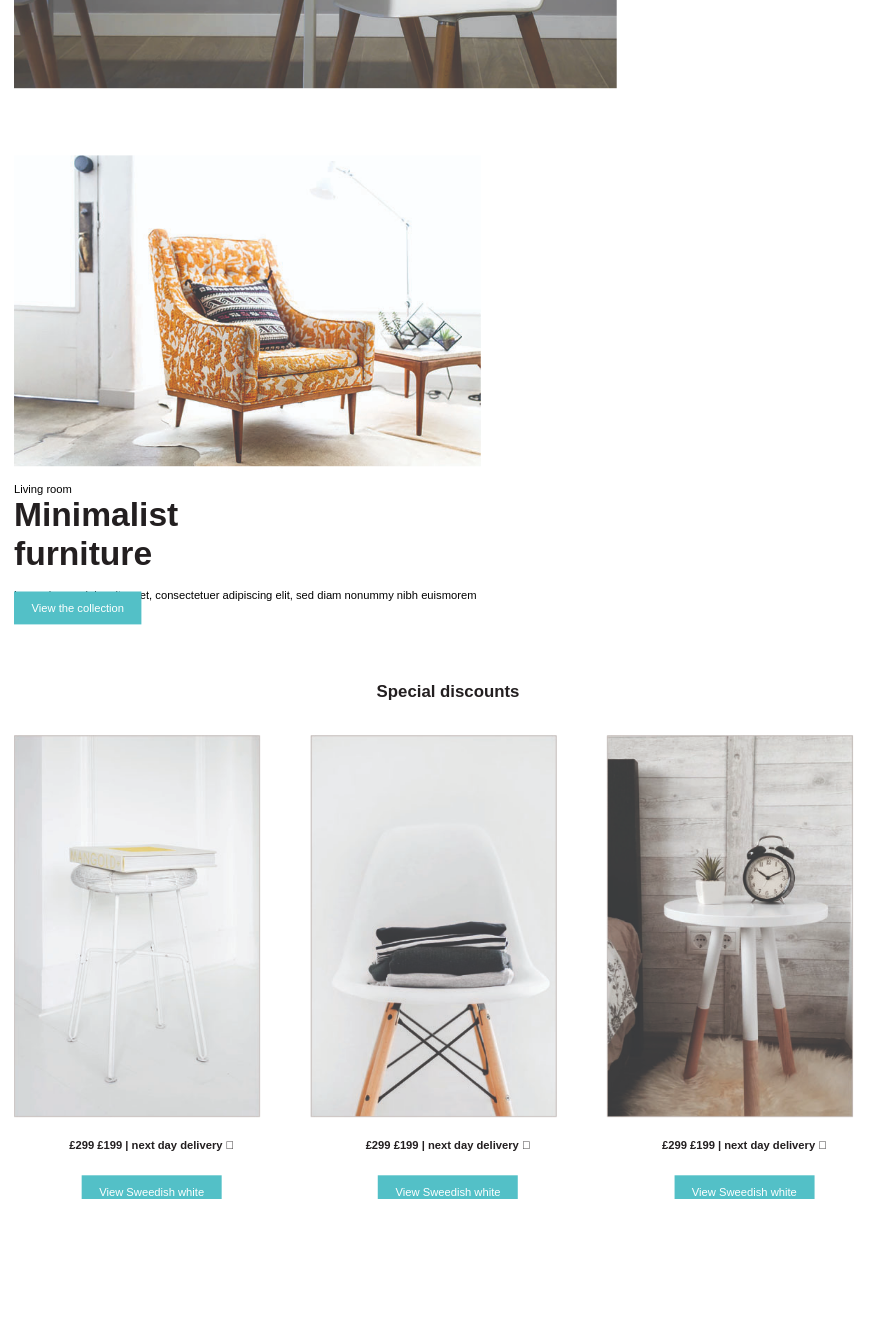
Repository: dinhhaidh/republic-web
Page: index.html
The author's editor kept a copy of each file at every save. The page is drawn from the files as they stood at one save, then again after a run of saves.
The browser window is 1280 px wide. The pictures show the part of the page from y = 1060 to 2980 px (the page is 2980 px tall before and 2880 px after), at 70% of full size.
Some web fonts or font styles are not loaded; a fallback is used. Some web libraries are served in a nearby version.

Above is the page before, as saved 2024-01-24 18:14:40.

### index.html
<!DOCTYPE html>
<html lang="en">
<head>
    <meta charset="UTF-8">
    <meta name="viewport" content="width=device-width, initial-scale=1.0">

    <!--=============== FAVICON ===============-->
    <link rel="shortcut icon" href="assets/img/favicon.png" type="image/x-icon">

    <!--=============== REMIXICONS ===============-->
    <link rel="stylesheet" href="https://cdn.jsdelivr.net/npm/remixicon@4.1.0/fonts/remixicon.min.css">

    <link
    rel="stylesheet"
    href="https://cdn.jsdelivr.net/npm/swiper@11/swiper-bundle.min.css"
  />

    <!--=============== CSS ===============-->
    <link rel="stylesheet" href="style.css">

    <title>Responsive </title>
</head>
<body>
    <!--==================== HEADER ====================-->
    <header class="header" id="header">
        <nav class="nav container">
            <a href="#" class="nav__logo">
                <img src="./img/logo.jpg" alt="image" class="nav__img">
            </a>
            <div class="nav__menu" id="nav-menu">
                <ul class="nav__list">
                    <li class="nav__item">
                        <a href="#home" class="nav__link">Home</a>
                    </li>
                    <li class="nav__item">
                        <a href="#bedroom" class="nav__link">Bedroom</a>
                    </li>
                    <li class="nav__item">
                        <a href="#lounge" class="nav__link">Lounge</a>
                    </li>
                    <li class="nav__item">
                        <a href="#kitchen" class="nav__link">Kitchen</a>
                    </li>
                    <li class="nav__item">
                        <a href="#lighting" class="nav__link">Lighting</a>
                    </li>
                </ul>
                <div class="nav__close" id="nav-close">
                    <i class="ri-close-line"></i>
                </div>
            </div>

            <form action="" class="nav__button">
                <div class="button">
                    <input type="text" placeholder="Find something..." class="form-control">
                    <i class="ri-search-line button__search"></i>
                </div>
                <div class="shopping">
                    <i class="ri-shopping-cart-line "></i>
                    <span class="shopping__quantity">0</span>
                </div>
            </form>
            <!-- toggle -->
            <div class="nav__toggle" id="nav-toggle">
                <i class="ri-menu-line"></i>
            </div>
        </nav>
    </header>

    <!--==================== MAIN ====================-->
    <main class="main">
        <!--==================== Home  ====================-->
        <section class="home section" id="home">
            <div class="home__container container">
                <div class="home__contennt">
                    <h1 class="home__title">Premium <br> collection</h1>
                    <p class="home__desc">
                        Lorem ipsum dolor sit amet, consectetuer adipiscing elit, sed diam nonummy nibh euismorem ipsum dolor sit amet, consectetuer adipiscing elit
                    </p>
                    <h4>£2,300</h4>
                    <a href="#" class="button__link">View the collection</a>
                </div>
                <div class="home__images">
                    <img src="./img/hom1.jpg" alt="" class="home__image">
                    <div class="home__span">
                        <span><a href="">Lorem ipsum dolor sit amet</a>    £2,300</span>
                        <span><a href="#"> Consectetuer adsed diam</a>    £2,300</span>
                    </div>
                </div>
            </div>
        </section>

        <!--==================== Bedroom ====================-->
        <section class="bedroom section" id="bedroom">
            <div class="bedroom__container container grid">
                <div class="bedroom__images">
                    <img src="./img/funitire1.jpg" alt="" class="bedroom__image">
                </div>
                <div class="bedroom__contennt">
                    <span>Living room</span>
                    <div class="bedroom-brick"></div>
                    <h2 class="home__title">Minimalist <br>
                        furniture</h2>
                    <p class="bedroom__desc">
                        Lorem ipsum dolor sit amet, consectetuer adipiscing elit, sed diam nonummy nibh euismorem
                    </p>
                    <a href="#" class="button__link">View the collection</a>
                </div>

            </div>
        </section>

        <!--==================== Lounge  ====================-->
        <section class="lounge  section" id="lounge ">
            <h2 class="lounge-title">Special discounts</h2>
            <div class="lounge__container container swiper">
                <div class="swiper-wrapper">
                    <article class=" lounge__card swiper-slide">
                        <img src="./img/special1.jpg" alt="" class="lounge__img">
                        <h4><span>£299</span> £199  |  next day delivery  </h4>
                        <a href="#" class="button__link lounge__button">View Sweedish white</a>
                    </article>
                    <article class=" lounge__card swiper-slide">
                        <img src="./img/special2.jpg" alt="" class="lounge__img">
                        <h4><span>£299</span> £199  |  next day delivery  </h4>
                        <a href="#" class="button__link lounge__button">View Sweedish white</a>
                    </article>
                    <article class=" lounge__card swiper-slide">
                        <img src="./img/special3.jpg" alt="" class="lounge__img">
                        <h4><span>£299</span> £199  |  next day delivery  </h4>
                        <a href="#" class="button__link lounge__button">View Sweedish white</a>
                    </article>
                    <article class=" lounge__card swiper-slide">
                        <img src="./img/special4.jpg" alt="" class="lounge__img">
                        <h4><span>£299</span> £199  |  next day delivery  </h4>
                        <a href="#" class="button__link lounge__button">View Sweedish white</a>
                    </article>
                </div>
            </div>
        </section>

        <!--==================== Kitchen ====================-->
        <section class="kitchen  section" id="kitchen">

        </section>

        <!--==================== Lighting ====================-->
        <section class="lighting  section" id="lighting">

        </section>
    </main>

    <!--==================== FOOTER ====================-->
    <footer class="footer">

    </footer>

    <!--========== SCROLL UP ==========-->

    <script src="https://cdn.jsdelivr.net/npm/swiper@11/swiper-bundle.min.js"></script>


    <!--=============== SCROLLREVEAL ===============-->
    <script src=""></script>

    <!--=============== JQuery ===============-->
    <script src="https://code.jquery.com/jquery-3.7.1.slim.min.js" integrity="sha256-kmHvs0B+OpCW5GVHUNjv9rOmY0IvSIRcf7zGUDTDQM8=" crossorigin="anonymous"></script>

    <!--=============== MAIN JS ===============-->
    <script src="/js/main.js"></script>
</body>
</html>

### style.css
/*=============== GOOGLE FONTS ===============*/
@import url("https://fonts.cdnfonts.com/css/source-sans-pro");

/*=============== VARIABLES CSS ===============*/
:root {
  --header-height: 3.5rem;

  /*========== Colors ==========*/
  /*Color mode HSL(hue, saturation, lightness)*/
  --first-color: hsl(28, 88%, 62%);
  --first-color-alt: hsl(28, 84%, 58%);
  --title-color: hsl(0, 0%, 95%);
  --text-color: hsl(0, 0%, 75%);
  --text-color-light: hsl(0, 0%, 65%);
  --black-color: #231f20;
  --body-color: hsl(0, 0%, 6%);
  --container-color: hsl(0, 0%, 10%);

  /*========== Font and typography ==========*/
  /*.5rem = 8px | 1rem = 16px ...*/
  --body-font: "Montserrat", sans-serif;
  --second-font: "Dancing Script", cursive;
  --biggest-font-size: 2.5rem;
  --bigger-font-size: 2rem;
  --h1-font-size: 1.5rem;
  --h2-font-size: 1.25rem;
  --h3-font-size: 1rem;
  --normal-font-size: .938rem;
  --small-font-size: .813rem;

  /*========== Font weight ==========*/
  --font-regular: 400;
  --font-semi-bold: 600;
  --font-bold: 700;

  /*========== z index ==========*/
  --z-tooltip: 10;
  --z-fixed: 100;
}

/*========== Responsive typography ==========*/
@media screen and (min-width: 1150px) {
  :root {
    --biggest-font-size: 4.375rem;
    --bigger-font-size: 3rem;
    --h1-font-size: 2.25rem;
    --h2-font-size: 1.5rem;
    --h3-font-size: 1.25rem;
    --normal-font-size: 1rem;
    --small-font-size: .875rem;
  }
}

/*=============== BASE ===============*/
* {
  box-sizing: border-box;
  padding: 0;
  margin: 0;
}

html {
  scroll-behavior: smooth;
}

body,
button {
  font-family: var(--body-font);
  font-size: var(--normal-font-size);
}

body {
  /* color: var(--text-color); */
}

button {
  border: none;
  outline: none;
}

h1, h2, h3, h4 {
  color: var(--black-color);
  font-weight: var(--font-bold);
}

ul {
  list-style: none;
}

a {
  text-decoration: none;
}

img {
  display: block;
  max-width: 100%;
  height: auto;
}

/*=============== REUSABLE CSS CLASSES ===============*/
.container {
  max-width: 1240px;
  margin-inline: 1.5rem;
}

.grid {
  display: grid;
  gap: 1.5rem;
}

.section {
  padding-block: 5rem 1rem;
}

.section__title {
  font-size: var(--bigger-font-size);
  font-family: var(--second-font);
  margin-bottom: 1.5rem;
  text-align: center;
}

.main {
  overflow: hidden; /* For animation ScrollReveal */
}

/*=============== HEADER & NAV ===============*/
.header{
  position: fixed;
  width: 100%;
  top: 0;
  left: 0;
  background-color: transparent;
  z-index: var(--z-fixed);
  transition: .4s;
}
.nav{
  position: relative;
  height: var(--header-height);
  display: flex;
  align-items: center;
  justify-content: space-between;
}
.nav__img{
  width: 100px;
  transition: .4s;
}
.nav__toggle,
.nav__close{
  cursor: pointer;
  font-size: 1.5rem;
  color: black;
}
.form-control{
  padding: 13px 40px 13px 20px;
  border-radius: 25px
}
.nav__button{
  display:flex;
  align-items: center;
  justify-content: center;
  column-gap: 1.625rem;
}
.nav__link{
  color: var(--black-color);
  font-weight: var(--font-regular);
  font-family: 'Source Sans Pro', sans-serif;
}
.button{
  display: flex;
  position: relative;
}
.button input::placeholder{
  color: var(--black-color);
}
.button__search{
  position: absolute;
  top: 0.9rem;
  right: 1rem;
}
.shopping i{
  font-size: 1.25rem;
  position: relative;
}
.shopping__quantity{
  background-color: red;
    padding: 1px 3px;
    color: #fff;
    position: absolute;
    top: 1.8rem;
    right: 0.05rem;
    border-radius: 50%;
    font-size: .7rem;
}



/* Navigation for mobile devices */
@media screen and (max-width: 1023.98px) {
  .nav__menu {
    position: fixed;
    top: 0;
    right: -100%;
    background-color: #fff;
    backdrop-filter: blur(16px);
    -webkit-backdrop-filter: blur(16px);
    width: 80%;
    height: 100%;
    padding: 6rem 3rem 0px;
    transition: right .4s;
  }
  .nav__list{
    display: flex;
    flex-direction: column;
    row-gap: 2.5rem;
  }
  .nav__link{
    color: var(--black-color);
    font-weight: var(--font-semi-bold);
    transition: color .4s;
  }
  /* .nav__link:hover{

  } */
  .nav__close{
    position: absolute;
    top: 1rem;
    right: 1.5rem;
  }
  .nav__button{
    display: none;
  }
}


/* Show menu */
.show-menu{
  right: 0;
}

/* Add blur header */
.scroll-header {
  background-color: #fff;
  box-shadow: 0 1px 4px hsla(220, 4%, 15%, .1);
}

/* Active link */


/*=============== Home ===============*/
.home{
  padding-top: 5rem;
}
.home__container{
  display: flex;
  flex-direction: column;
  row-gap: 3rem;
}
.home__title{
  font-size: var(--bigger-font-size);
  margin-bottom: 1.5rem;
}
.home__desc{
  font-weight: var(--font-regular);
  color: var(--black-color);
  line-height: 1.5;
  margin-bottom: var(--h2-font-size);
}
.home h4{
  font-size: var(--h1-font-size);
  margin-bottom: var(--bigger-font-size);
}
.button__link{
  background-color: #53c0c7;
  padding: 15px 25px;
  color: #fff;
  font-weight: 400;
}
.home__span span:nth-child(1){
  position: absolute;
  right: 1rem;
  top: 1rem;
  color: #fff;
}
.home__span span:nth-child(2){
  right: 1rem;
  position: absolute;
  top: 2rem;
  color: #fff;
}
.home__span span a{
  color: #fff;
}
.home__images{
  position: relative;
}
.home__image{

}

/*=============== BUTTON ===============*/


/*=============== Bedroom ===============*/


/*=============== Lounge  ===============*/
.lounge{

}


.lounge-title{
  display:flex;
  align-items: center;
  justify-content: center;
}
.lounge__container{
  margin-top: var(--bigger-font-size);
}

.lounge__swiper{

}

.swiper-wrapper{

}
.lounge__card{
  text-align: center;
}
.swiper-slide{

}

.lounge h4{
  margin-top: 2rem;
  margin-bottom: var(--bigger-font-size);
}
.button__link{

}
.lounge__button{

}

/*=============== Kitchen  ===============*/

/*=============== Lighting  ===============*/



/*=============== FOOTER ===============*/


/*=============== SCROLL BAR ===============*/


/*=============== SCROLL UP ===============*/


/* Show Scroll Up */


/*=============== BREAKPOINTS ===============*/
/* For small devices */
@media screen and (min-width: 1024px){
  .nav{
    height: calc(var(--header-height) + 2rem)
  }
  .nav__toggle,
  .nav__close{
    display: none;
  }
  .nav__list{
    display: flex;
    flex-wrap: nowrap;
    column-gap: 4rem;
  }
}
@media screen and (min-width: 1150px) {
  .container{
    margin-inline: auto;
  }


}

/* For medium devices */


/* For large devices */

### js/main.js
$(document).ready(function () {
  $("#nav-toggle").click(function () {
    $("#nav-menu").addClass("show-menu");
  });
  $("#nav-close").click(function () {
    $("#nav-menu").removeClass("show-menu");
  });
  $(window).scroll(function () {
    $("#header").toggleClass("scroll-header", $(this).scrollTop() >= 50);
  });
});
/*=============== SWIPER PRODUCTS ===============*/
// var swiperLounge = new Swiper(".lounge__container", {
//   // luot lien tuc
//     spaceBetween: 32,
//     grabCursor: true,
//     centeredSlides: true,
//     slidesPerView: "auto",
//     loop: true,
//     ////
//     navigator: {
//     nextEl: ".swiper-button-next",
//     prevEl: ".swiper-button-prev",
//     },

//   // lích thước resposive
//     breakpoints: {
//         1240: {
//         spaceBetween: 3,
//     },
//     },

//   //
// });

var swiper = new Swiper(".lounge__container", {
  // luot lien tuc
    spaceBetween: 32,
    grabCursor: true,
    centeredSlides: true,
    slidesPerView: "auto",
    loop: true,

  slidesPerView: 3,
  spaceBetween: 30,
  freeMode: true,
  pagination: {
    el: ".swiper-pagination",
    clickable: true,
  },
});

After the next 2 saves:
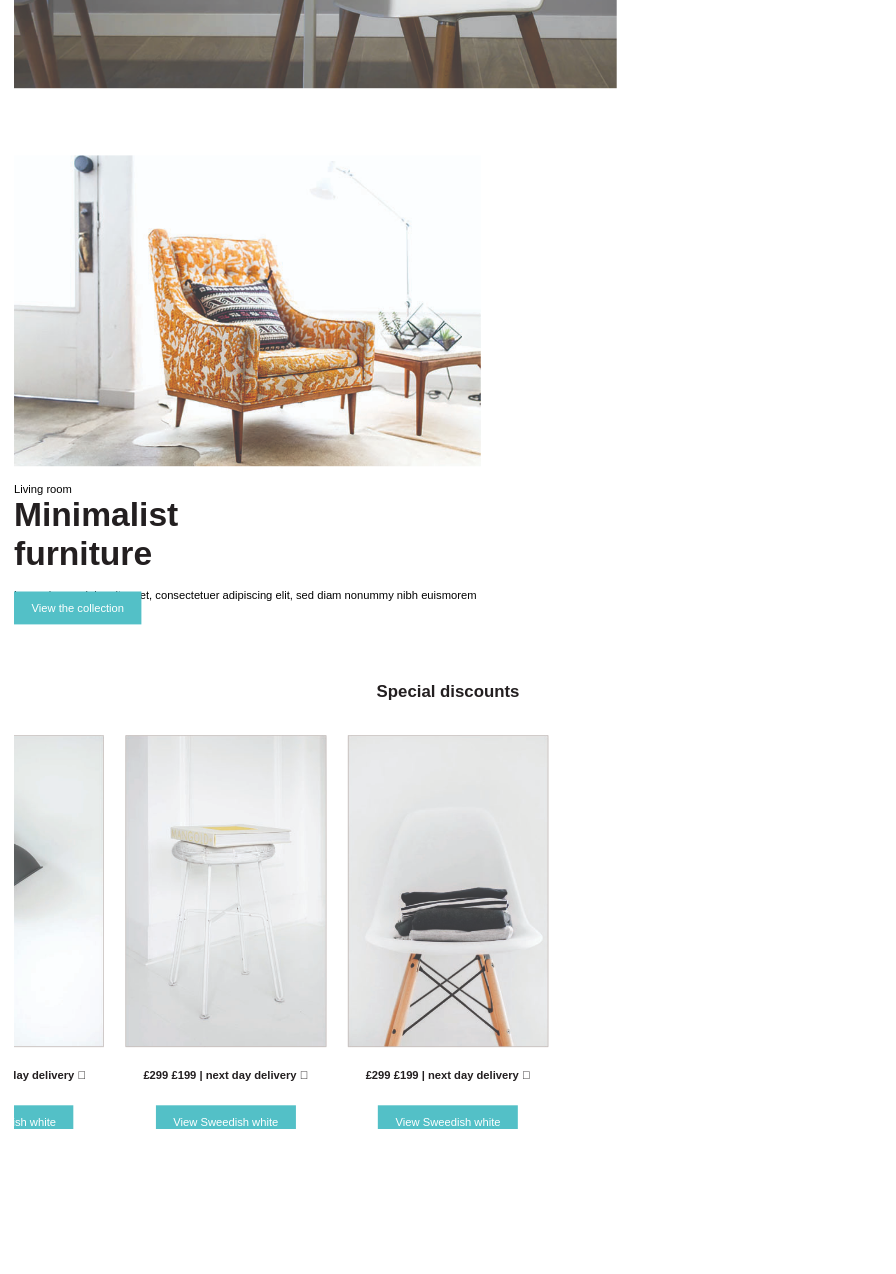
The 2 saves are shown as one change because they came seconds apart.
The last was saved 2 min 32 s later.
--- a/js/main.js
+++ b/js/main.js
@@ -41,9 +41,17 @@
     slidesPerView: "auto",
     loop: true,
 
-  slidesPerView: 3,
+  // slidesPerView: 3,
+  // spaceBetween: 30,
+  // freeMode: true,
+  // pagination: {
+  //   el: ".swiper-pagination",
+  //   clickable: true,
+  // },
+
+  slidesPerView: 4,
   spaceBetween: 30,
-  freeMode: true,
+  centeredSlides: true,
   pagination: {
     el: ".swiper-pagination",
     clickable: true,

After the 2 saves that followed:
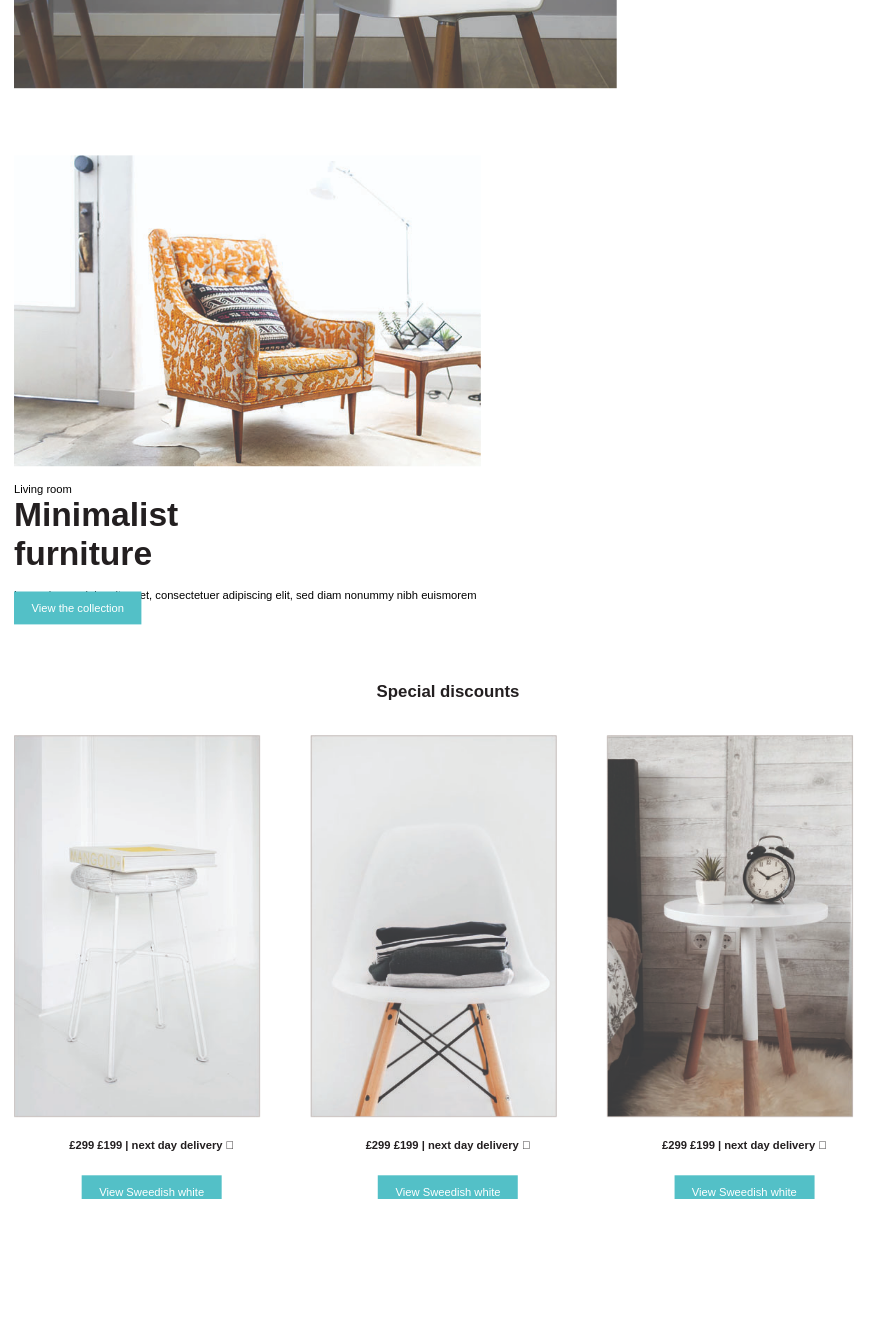
The 2 saves are shown as one change because they came seconds apart.
The last was saved 47 s later.
--- a/js/main.js
+++ b/js/main.js
@@ -41,19 +41,19 @@
     slidesPerView: "auto",
     loop: true,
 
-  // slidesPerView: 3,
+  slidesPerView: 3,
+  spaceBetween: 30,
+  freeMode: true,
+  pagination: {
+    el: ".swiper-pagination",
+    clickable: true,
+  },
+
+  // slidesPerView: 4,
   // spaceBetween: 30,
-  // freeMode: true,
+  // centeredSlides: true,
   // pagination: {
   //   el: ".swiper-pagination",
   //   clickable: true,
   // },
-
-  slidesPerView: 4,
-  spaceBetween: 30,
-  centeredSlides: true,
-  pagination: {
-    el: ".swiper-pagination",
-    clickable: true,
-  },
 });
